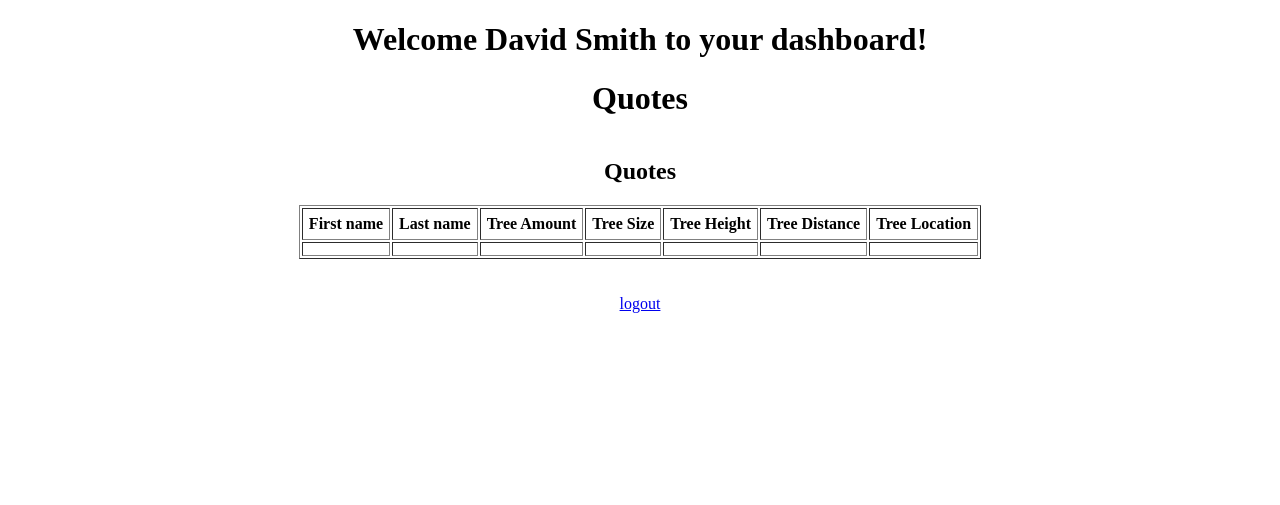
Repository: jrule5960/Tree-Cutting-Database
Page: http://localhost/database/DavidSmithView.jsp
These files come from the project's save history. The page is drawn as it stood at one moment and after the next save; the edit follows.
The browser window is 1280 px wide. The pictures show the whole page.
The page is served by Tomcat 9. Queries for data that is not in the repository find no rows.

Above is the page before, as saved 2023-11-06 21:07:46.

After the next save:
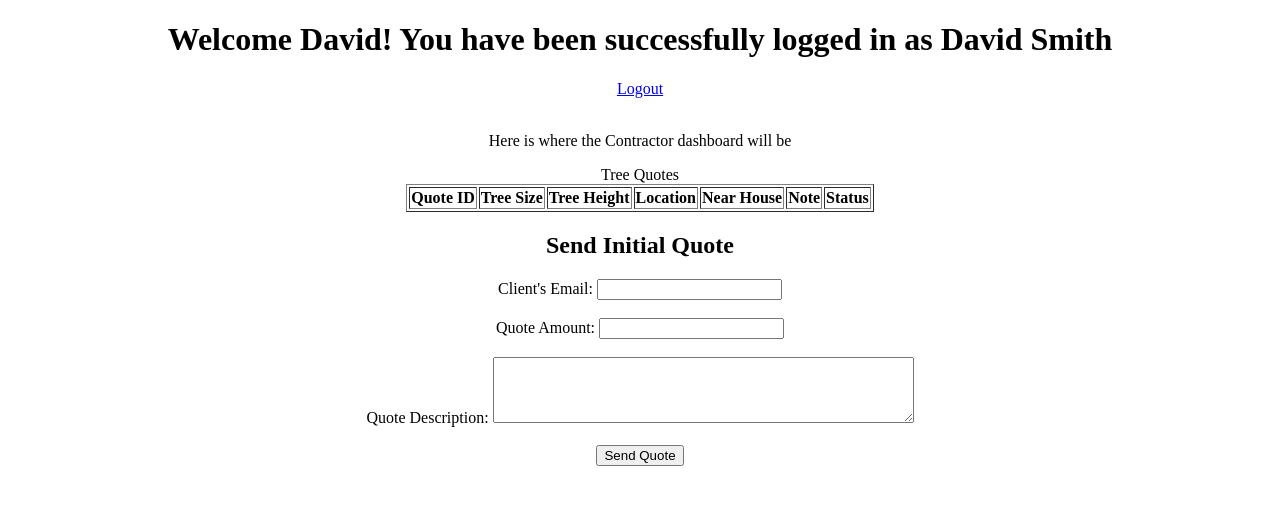
Saved 20 s later.
--- a/database/WebContent/DavidSmithView.jsp
+++ b/database/WebContent/DavidSmithView.jsp
@@ -1,46 +1,98 @@
-<%@ page language="java" contentType="text/html; charset=UTF-8"
-    pageEncoding="UTF-8"%>
+<%@ page language="java" contentType="text/html; charset=ISO-8859-1" pageEncoding="ISO-8859-1" %>
+<%@ taglib uri="http://java.sun.com/jsp/jstl/core" prefix="c" %>
+
+<%-- Import necessary Java classes --%>
+<%@ page import="java.sql.*" %>
+
 <!DOCTYPE html>
 <html>
 <head>
-<meta charset="UTF-8">
-<title>David Smith Dashboard</title>
+    <meta charset="ISO-8859-1">
+    <title>Contractor DAVID'S Page</title>
 </head>
 <body>
-<center>
-<h1>Welcome David Smith to your dashboard!</h1>
+    <center>
+        <h1>Welcome David! You have been successfully logged in as David Smith</h1>
+    </center>
 
-<h1>Quotes</h1>
-    <div align="center">
-        <table border="1" cellpadding="6">
-            <caption><h2>Quotes</h2></caption>
+    <center>
+        <a href="login.jsp" target="_self">Logout</a><br><br>
+        <p>Here is where the Contractor dashboard will be</p>
+
+        <%-- Retrieve and display tree quotes --%>
+        <table border="1">
+            <caption>Tree Quotes</caption>
             <tr>
-                <th>First name</th>
-                <th>Last name</th>
-                <th>Tree Amount</th>
+                <th>Quote ID</th>
                 <th>Tree Size</th>
                 <th>Tree Height</th>
-                <th>Tree Distance</th>
-                <th>Tree Location</th>
+                <th>Location</th>
+                <th>Near House</th>
+                <th>Note</th>
+                <th>Status</th>
             </tr>
-            <c:forEach var="users" items="${listUser}">
-                <tr style="text-align:center">
-                    <td><c:out value="${users.firstName}" /></td>
-                    <td><c:out value="${users.lastName}" /></td>
-                    <td><c:out value="${users.tree_amt}" /></td>
-			        <td><c:out value="${users.tree_size}" /></td>
-			        <td><c:out value="${users.tree_height}" /></td>
-                    <td><c:out value="${users.tree_distance}" /></td>
-                    <td><c:out value="${users.tree_location}" /></td>
 
-            </c:forEach>
+            <%
+            try {
+                // Database connection parameters
+                String url = "jdbc:mysql://your-database-url";
+                String user = "your-username";
+                String password = "your-password";
+
+                Class.forName("com.mysql.cj.jdbc.Driver");
+                Connection connection = DriverManager.getConnection(url, user, password);
+
+                // Query to retrieve tree quotes
+                String selectQuery = "SELECT * FROM TreeRequest";
+                Statement statement = connection.createStatement();
+                ResultSet resultSet = statement.executeQuery(selectQuery);
+
+                while (resultSet.next()) {
+                    int quoteID = resultSet.getInt("RequestID");
+                    double treeSize = resultSet.getDouble("TreeSize");
+                    double treeHeight = resultSet.getDouble("TreeHeight");
+                    String location = resultSet.getString("Location");
+                    boolean nearHouse = resultSet.getBoolean("NearHouse");
+                    String note = resultSet.getString("Note");
+                    String status = resultSet.getString("Status");
+
+                    %>
+                    <tr>
+                        <td><%= quoteID %></td>
+                        <td><%= treeSize %></td>
+                        <td><%= treeHeight %></td>
+                        <td><%= location %></td>
+                        <td><%= nearHouse %></td>
+                        <td><%= note %></td>
+                        <td><%= status %></td>
+                    </tr>
+                    <%
+                }
+                resultSet.close();
+                statement.close();
+                connection.close();
+            } catch (Exception e) {
+                e.printStackTrace();
+            }
+            %>
         </table>
-	</div>
-	</div>
+        <%
+        %>
 
+        <%-- Form to send an initial quote to a client --%>
+        <form action="sendQuote.jsp" method="post">
+            <h2>Send Initial Quote</h2>
+            <label for="clientEmail">Client's Email:</label>
+            <input type="email" name="clientEmail" required><br><br>
 
-<br> <br> <a href="login.jsp"target ="_self" > logout</a><br><br>
+            <label for="quoteAmount">Quote Amount:</label>
+            <input type="number" name="quoteAmount" required><br><br>
 
-</center>
+            <label for="quoteDescription">Quote Description:</label>
+            <textarea name="quoteDescription" rows="4" cols="50"></textarea><br><br>
+
+            <input type="submit" value="Send Quote">
+        </form>
+    </center>
 </body>
 </html>
